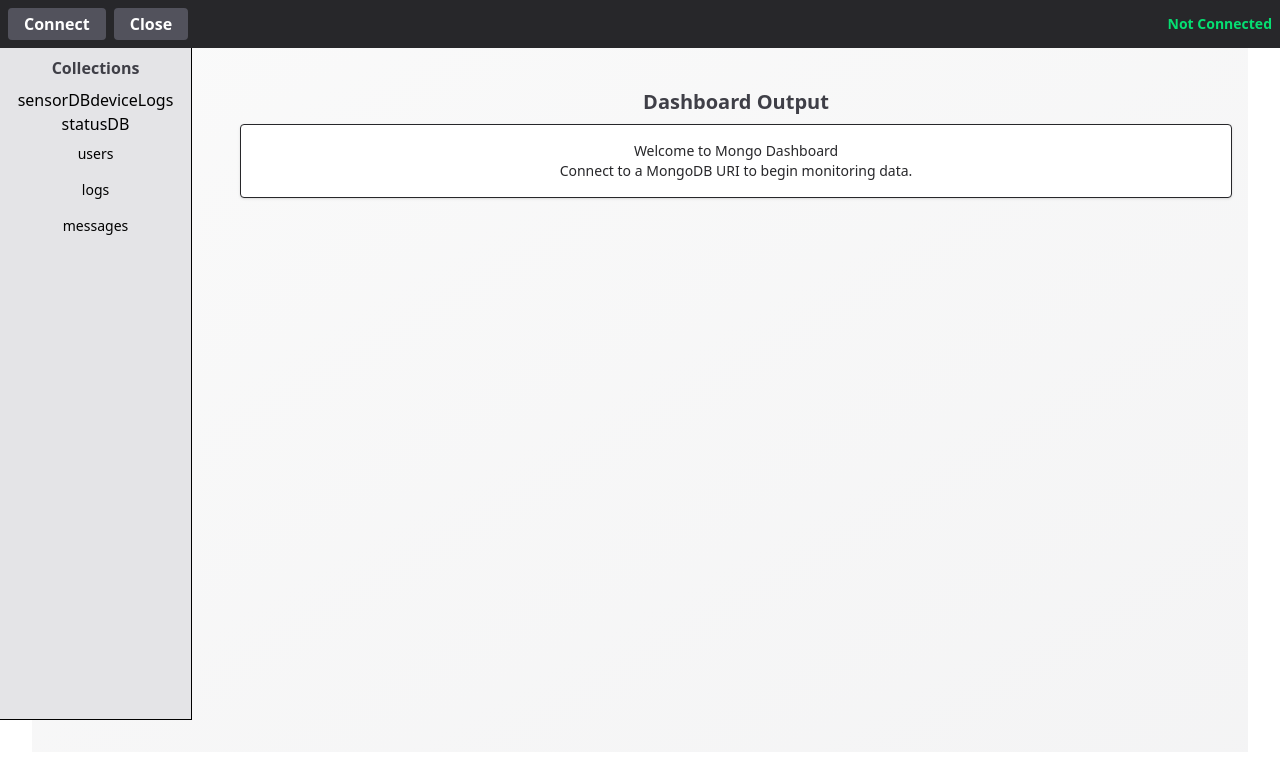
Repository: aryan151pratap/Dashboard
Page: / (app in frontened/), after clicking the first element matching `li.hover\:underline`
An editor plug-in stored every save of this project. The page is shown before and after the next save, followed by the edit.
The browser window is 1280 px wide. The pictures show the whole page.
The project was rebuilt for these pictures with package versions that can differ from the ones it lists, and the page was loaded fresh each time. Also part of the build but not shown: frontened/vite.config.js, frontened/src/component/connect.jsx.

Above is the page before, as saved 2025-06-24 14:12:07.

After the next save:
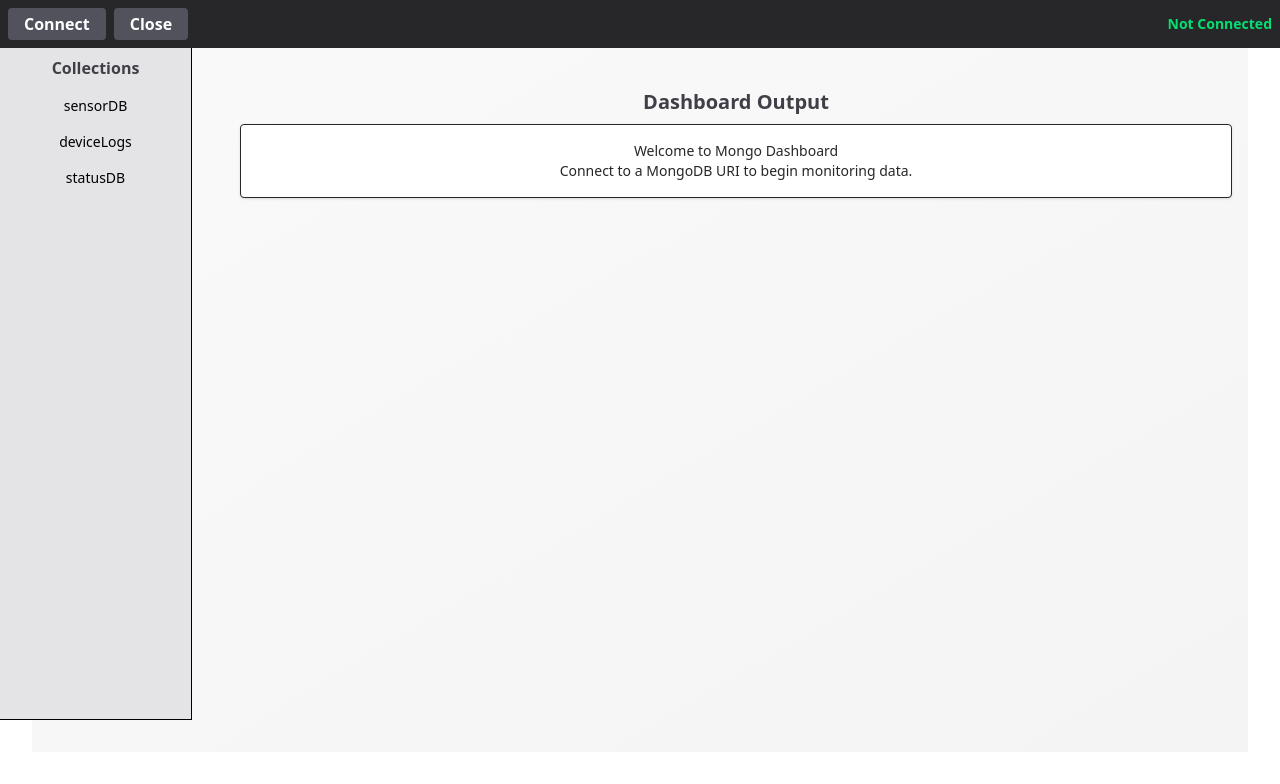
Saved 28 s later.
--- a/frontened/src/component/left_bar.jsx
+++ b/frontened/src/component/left_bar.jsx
@@ -6,15 +6,12 @@ function Left_bar(){
 		<div className="h-fit sm:h-full w-full pt-12 sm:w-48 bg-zinc-200 sm:fixed left-0 top-0 border-b sm:border-r">
 			<p className="sm:text-center font-bold px-4 py-2 text-zinc-700">Collections</p>
 
+			<ul className="px-4 text-sm flex sm:flex-col flex-row gap-4 py-2">
 			{clusterData.databases.map((i, index) => (
-				<button>
+				<li className="hover:underline cursor-pointer">
 					{i.name}
-				</button>
+				</li>
 			))}
-			<ul className="px-4 text-sm flex sm:flex-col flex-row gap-4 py-2">
-				<li className="hover:underline cursor-pointer">users</li>
-				<li className="hover:underline cursor-pointer">logs</li>
-				<li className="hover:underline cursor-pointer">messages</li>
 			</ul>
 		</div>
 		</>
